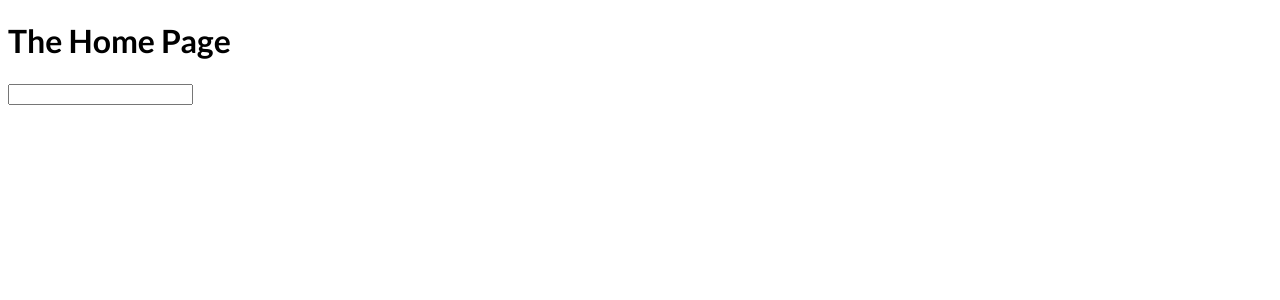
Repository: dydals3440/NextJS-Study
Page: / (app in 05-FullStack-Next.js/)
An editor plug-in stored every save of this project. The page is shown before and after the next save, followed by the edit.
The browser window is 1280 px wide. The pictures show the whole page.
The project was rebuilt for these pictures with package versions that can differ from the ones it lists, and the page was loaded fresh each time. The framework's server and built-in components were replaced by stand-ins that run in the browser.

Above is the page before, as saved 2023-09-03 21:15:48.

After the next save:
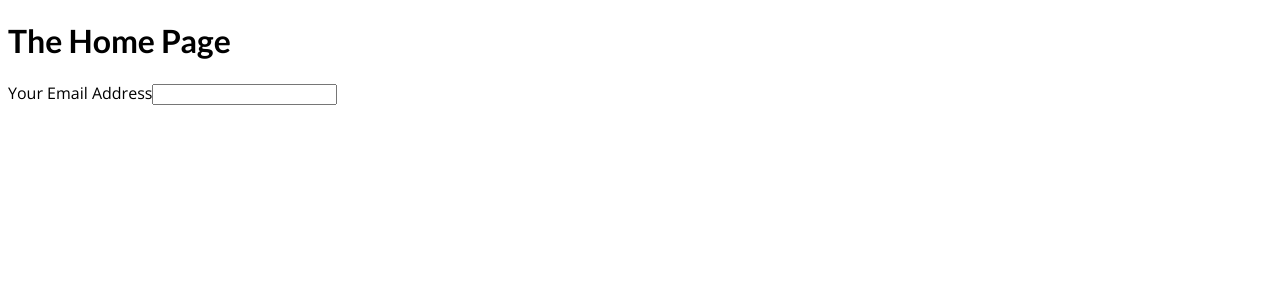
Saved 4 s later.
--- a/05-FullStack-Next.js/pages/index.js
+++ b/05-FullStack-Next.js/pages/index.js
@@ -3,7 +3,7 @@ function HomePage() {
     <div>
       <h1>The Home Page</h1>
       <form>
-        <label htmlFor='email'></label>
+        <label htmlFor='email'>Your Email Address</label>
         <input type='email' id='email' />
       </form>
     </div>
